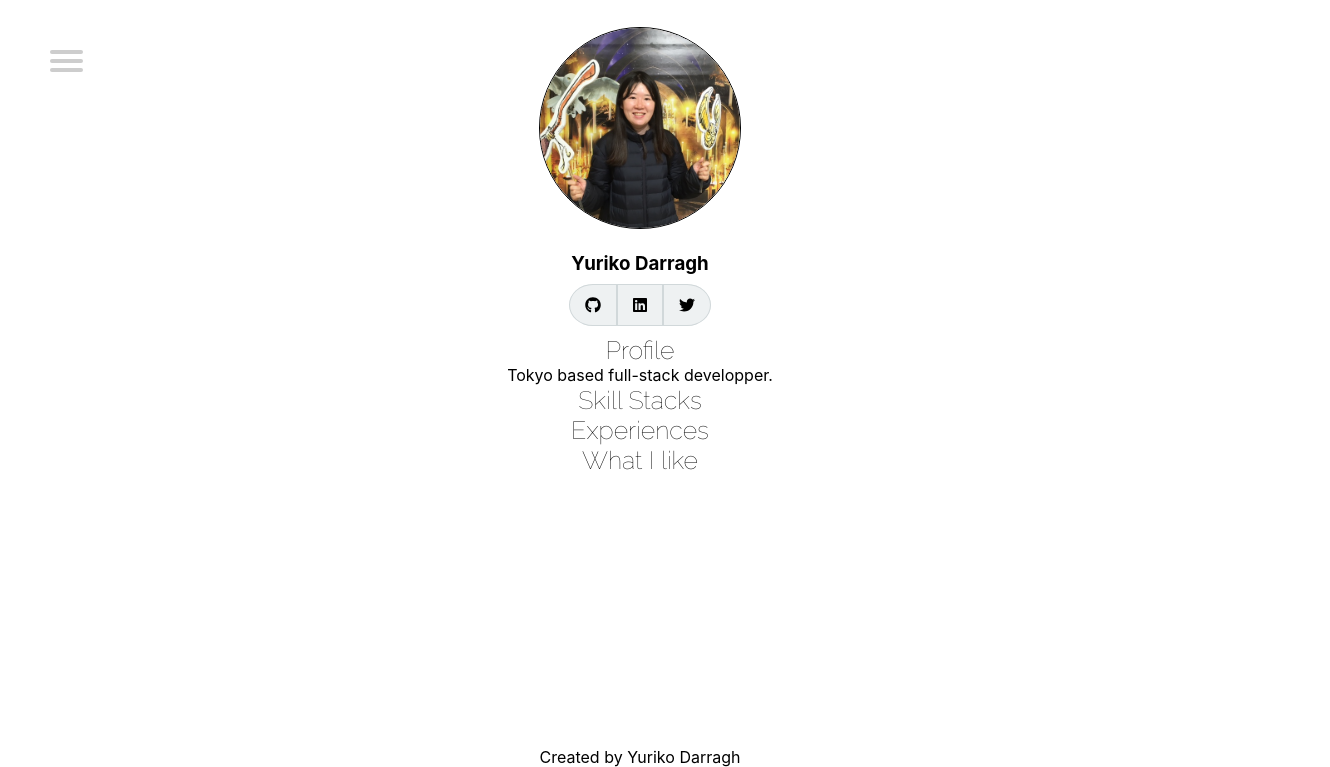
Repository: yuriko-pixel/react-portfolio
Page: /about
These files come from the project's save history. The page is drawn as it stood at one moment and after the next save; the edit follows.
The browser window is 1280 px wide. The page is 1330 px wide, so the pictures cover 1330 px, including what lies to the right of the window. The pictures show the whole page.
The project was rebuilt for these pictures with package versions that can differ from the ones it lists, and the page was loaded fresh each time. Also part of the build but not shown: src/components/worktemp.js, src/styles/top.module.scss, src/components/top.js, src/styles/works.module.scss, src/components/works.js, src/components/home.js.

Above is the page before, as saved 2021-05-19 12:46:29.

After the next save:
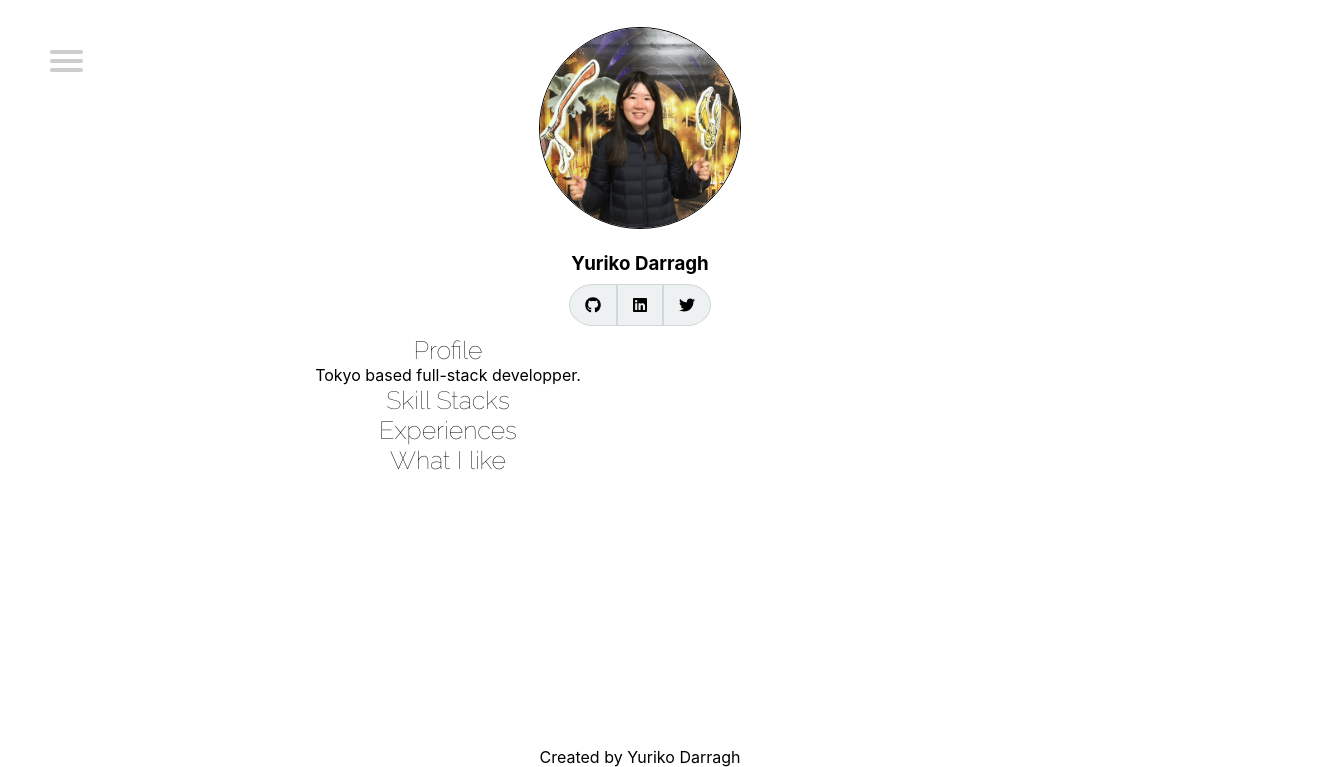
Saved 23 s later.
--- a/src/styles/about.module.scss
+++ b/src/styles/about.module.scss
@@ -10,6 +10,10 @@
     border: 1px solid black;
 }
 
+.box {
+    width: 70%;
+}
+
 .title {
     font-family: 'Raleway', sans-serif;
     font-size: 25px;

After the save that followed:
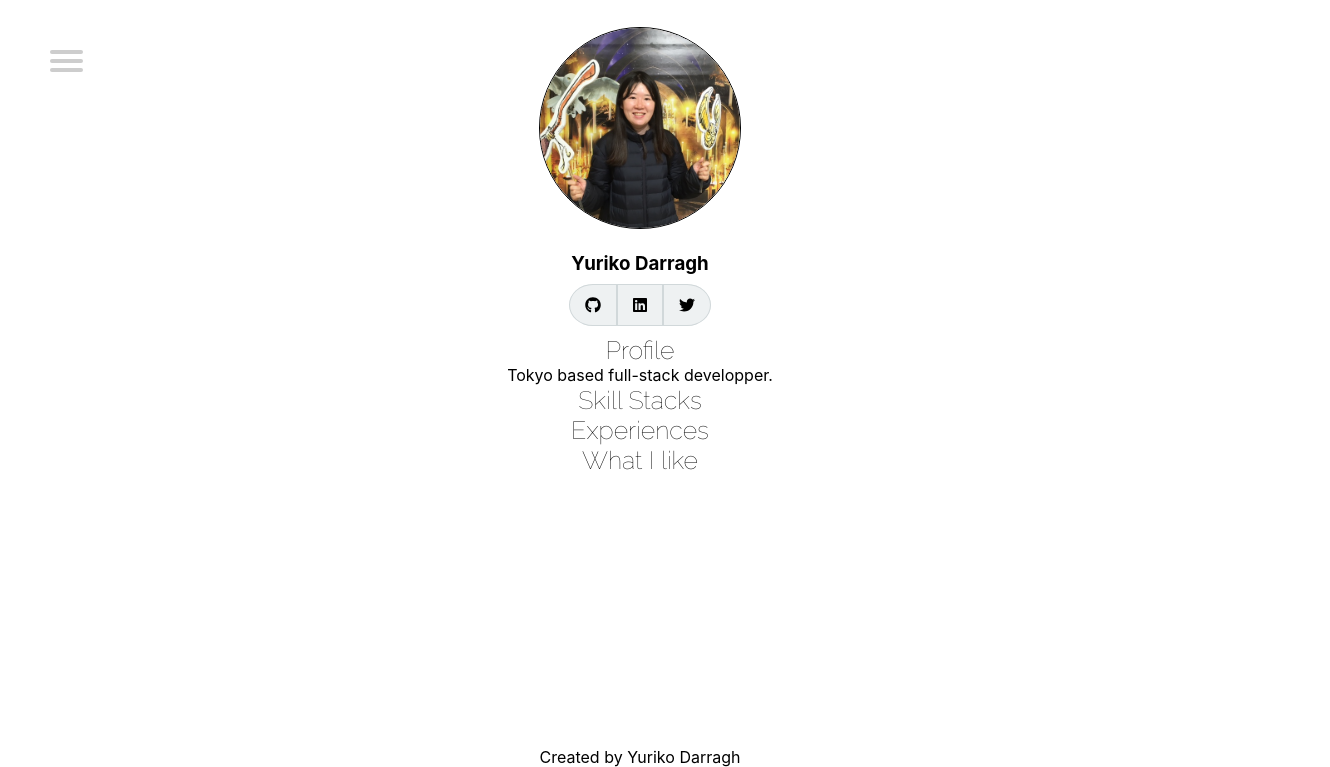
Saved 52 s later.
--- a/src/styles/about.module.scss
+++ b/src/styles/about.module.scss
@@ -12,6 +12,7 @@
 
 .box {
     width: 70%;
+    margin: 0 auto;
 }
 
 .title {
